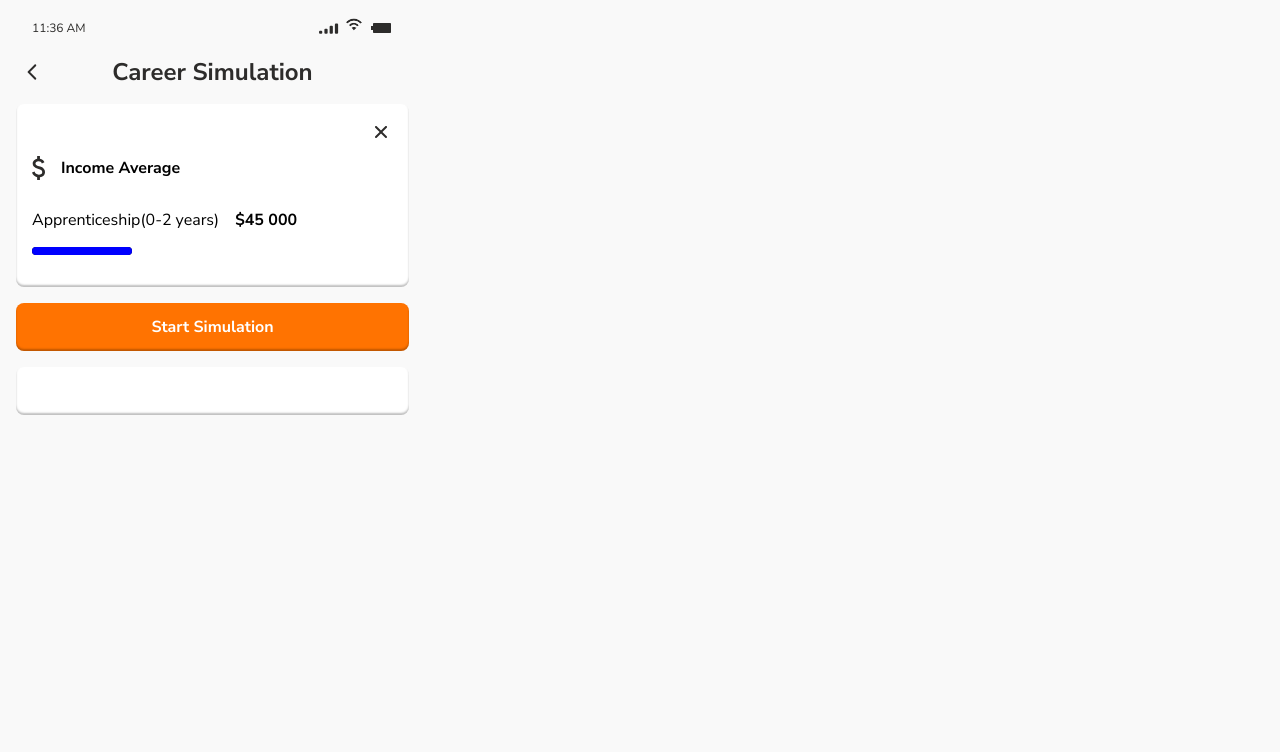
Repository: daniel-liu01/week10books
Page: /
The author's editor kept a copy of each file at every save. The page is drawn from the files as they stood at one save, then again after a run of saves.
The browser window is 1280 px wide. The pictures show the whole page.
The project was rebuilt for these pictures with package versions that can differ from the ones it lists, and the page was loaded fresh each time. Also part of the build but not shown: vite.config.js, vite.config.ts, src/App.css, components/Card/Card.module.css, app/SimulationChat/SimulationChat.module.css, components/PopUp/PopUp.jsx, components/NarrativeBox/NarrativeBox.module.css, components/NarrativeBox/NarrativeBox.jsx and 2 more.

Above is the page before, as saved 2025-10-22 12:18:46.

### index.html
<!DOCTYPE html>
<html lang="en">
    <head>
        <meta charset="UTF-8" />
        <link
            rel="icon"
            type="image/svg+xml"
            href="/vite.svg" />
        <meta
            name="viewport"
            content="width=device-width, initial-scale=1.0" />
        <title>frontend</title>
        <link
            rel="preconnect"
            href="https://fonts.googleapis.com" />
        <link
            rel="preconnect"
            href="https://fonts.gstatic.com"
            crossorigin />
        <link
            href="https://fonts.googleapis.com/css2?family=Nunito+Sans:ital,opsz,wght@0,6..12,200..1000;1,6..12,200..1000&display=swap"
            rel="stylesheet" />
    </head>
    <body>
        <div id="root"></div>
        <script
            type="module"
            src="/src/main.jsx"></script>
    </body>
</html>

### src/index.css
/* ------------------------------------------------------ GENERAL STYLES ------------------------------------------------------ */
*,
*::before,
*::after {
    box-sizing: inherit;
}

html,
body {
    font-family: var(--font-family);
    box-sizing: border-box;
    background-color: var(--offwhite-500);
}

body {
    width: 393px;
    min-height: 100vh;
    margin: 16px;
    display: flex;
    flex-direction: column;
    gap: var(--space-large);
}

html {
    display: flex;
    align-items: flex-start;
}

/* ------------------------------------------------------ VARIABLES ------------------------------------------------------ */
:root {
    /* ----- COLORS ----- */
    --primary-50: #fff1e6;
    --primary-100: #ffd4b0;
    --primary-200: #ffbf8a;
    --primary-300: #ffa155;
    --primary-400: #ff8f34;
    --primary-500: #ff7301;
    --primary-600: #e86901;
    --primary-700: #b55201;
    --primary-800: #8c3f01;
    --primary-900: #6b3000;

    --secondary-50: #eefae6;
    --secondary-100: #cbefb1;
    --secondary-200: #b2e88b;
    --secondary-300: #8fdd55;
    --secondary-400: #79d635;
    --secondary-500: #58cc02;
    --secondary-600: #50ba02;
    --secondary-700: #3e9101;
    --secondary-800: #307001;
    --secondary-900: #255601;

    /* -- neutral colors -- */

    --offwhite-500: #f9f9f9;
    --white: #ffffff;
    --black-50: #eaeaea;
    --black-100: #bebebd;
    --black-200: #9e9e9d;
    --black-300: #727271;
    --black-400: #575655;
    --black-500: #2d2c2b;

    /* ----- TYPE ----- */
    --font-family: "Nunito Sans", sans-serif;

    --font-size-extra-large: 88px;
    --font-size-large: 30px;
    --font-size-extra-medium: 24px;
    --font-size-medium: 20px;
    --font-size-regular: 16px;
    --font-size-small: 12px;
    --font-size-extra-small: 10px;

    --font-style-normal: normal;
    --font-weight-bold: bold;

    --line-height-xxlarge: 100px;
    --line-height-large: 36px;
    --line-height-medium: 28px;
    --line-height-small: 20px;

    /* ----- SPACING ----- */
    --space-extra-small: 4px;
    --space-small: 8px;
    --space-regular: 16px;
    --space-medium: 32px;
    --space-large: 48px;
    --space-extra-large: 140px;

    /* ----- Inner shadow ----- */
    --inner-shadow: 0 -2px 2px 0 rgba(0, 0, 0, 0.25);
}

### src/App.jsx
import { useState } from "react";
import { BrowserRouter as Router, Routes, Route } from "react-router-dom";
import "./App.css";

import Simulation from "../app/Simulation/Simulation";
import SimulationChat from "../app/SimulationChat/SimulationChat";
import TextField from "../components/TextField/TextField";
import Card from "../components/Card/Card";

function App() {
    return (
        <div>
            <TextField />
            <Simulation />
        </div>
    );
}

export default App;

### app/Simulation/Simulation.jsx
import styles from "./Simulation.module.css";
import StatusBar from "../../components/StatusBar/StatusBar";
import HeadingBar from "../../components/HeadingBar/HeadingBar";
import Card from "../../components/Card/Card";
import Button from "../../components/Button/Button";
import Menu from "../../components/Menu/Menu";
import InfoModal from "../../components/InfoModal/InfoModal";

function Simulation() {
    return (
        <div className={styles.container}>
            <StatusBar />
            <HeadingBar />
            <Card
                image='Anna.png'
                title='Hi, my name is Anna!'
                description={
                    <>
                        Let’s understand everything <br />
                        about careers in trades by simulating it.
                    </>
                }
            />
            <InfoModal
                imgsrc='/Anna.png'
                type='salary'
                title='Some title'
                description='some description goes here'
            />
            <Button
                type='primary'
                size='large'
                value='Start Simulation'
                onClick={() => console.log("clicked")}
                isDisabled={false}
            />
            <Menu />
        </div>
    );
}

export default Simulation;

### components/Card/Card.jsx
import styles from "./Card.module.css";
import Button from "../../components/Button/Button";

function Card({
    image,
    title,
    description,
    type,
    valueOfButton,
    typeOfButton,
    sizeOfButton,
}) {
    return (
        <>
            {type === "regular" && (
                <div className={styles.container}>
                    <div className={styles.content}>
                        <h3 className={styles.title}>{title}</h3>
                        <p className={styles.description}>{description}</p>
                    </div>
                    {image && (
                        <div className={styles.image_wrapper}>
                            <img
                                src={image}
                                alt={title}
                                className={styles.image}
                            />
                        </div>
                    )}
                </div>
            )}
            {type === "button" && (
                <div className={styles.container}>
                    <div className={styles.content}>
                        <h3 className={styles.title}>{title}</h3>
                        <p className={styles.description}>{description}</p>
                    </div>
                    {image && (
                        <div className={styles.image_wrapper}>
                            <img
                                src={image}
                                alt={title}
                                className={styles.image}
                            />
                        </div>
                    )}
                    <Button
                        type={typeOfButton}
                        size={sizeOfButton}
                        value={valueOfButton}
                        onClick={() => console.log("clicked")}
                        isDisabled={false}
                    />
                </div>
            )}
        </>
    );
}

export default Card;

### app/Simulation/Simulation.module.css
.container {
    display: flex;
    flex-direction: column;
    gap: var(--space-regular);
}

### components/StatusBar/StatusBar.jsx
import styles from "./StatusBar.module.css";
import Hour from "../Hour/Hour";

const StatusBar = () => {
    return (
        <div className={styles.container}>
            <Hour />
            <div className={styles.right}>
                <svg
                    className={styles.icon}
                    width='20'
                    height='11'
                    viewBox='0 0 20 11'
                    fill='none'
                    xmlns='http://www.w3.org/2000/svg'>
                    <rect
                        x='15.8765'
                        y='0.600098'
                        width='3.23284'
                        height='10.2222'
                        rx='1.02778'
                    />
                    <rect
                        x='10.6338'
                        y='2.64453'
                        width='3.23284'
                        height='8.17778'
                        rx='1.02778'
                    />
                    <rect
                        x='5.3916'
                        y='5.71094'
                        width='3.23284'
                        height='5.11111'
                        rx='1.02778'
                    />
                    <rect
                        x='0.0327148'
                        y='7.75537'
                        width='3.23284'
                        height='3.06667'
                        rx='1.02778'
                    />
                </svg>

                <svg
                    className={styles.icon}
                    width='22'
                    height='20'
                    viewBox='0 0 22 20'
                    fill='none'
                    xmlns='http://www.w3.org/2000/svg'>
                    <mask
                        id='path-1-inside-1_2157_1042'
                        fill='white'>
                        <path d='M15.9006 7.3897C15.3805 6.57002 14.6486 5.88977 13.7741 5.41333C12.8995 4.93689 11.9113 4.68001 10.9029 4.66702C9.89445 4.65403 8.89922 4.88535 8.01135 5.33908C7.12349 5.79281 6.37237 6.45396 5.82907 7.25994L7.69376 8.391C8.03417 7.88601 8.50479 7.47176 9.06109 7.18747C9.6174 6.90317 10.241 6.75824 10.8728 6.76638C11.5046 6.77452 12.1238 6.93547 12.6718 7.23399C13.2197 7.53251 13.6783 7.95873 14.0042 8.47231L15.9006 7.3897Z' />
                    </mask>
                    <path
                        d='M15.9006 7.3897C15.3805 6.57002 14.6486 5.88977 13.7741 5.41333C12.8995 4.93689 11.9113 4.68001 10.9029 4.66702C9.89445 4.65403 8.89922 4.88535 8.01135 5.33908C7.12349 5.79281 6.37237 6.45396 5.82907 7.25994L7.69376 8.391C8.03417 7.88601 8.50479 7.47176 9.06109 7.18747C9.6174 6.90317 10.241 6.75824 10.8728 6.76638C11.5046 6.77452 12.1238 6.93547 12.6718 7.23399C13.2197 7.53251 13.6783 7.95873 14.0042 8.47231L15.9006 7.3897Z'
                        strokeWidth='4.11111'
                        mask='url(#path-1-inside-1_2157_1042)'
                    />
                    <mask
                        id='path-2-inside-2_2157_1042'
                        fill='white'>
                        <path d='M19.0832 4.55309C18.1524 3.34672 16.9405 2.3605 15.542 1.67127C14.1435 0.982029 12.5961 0.608389 11.0204 0.579456C9.4447 0.550522 7.88323 0.867077 6.45765 1.50446C5.03207 2.14184 3.78086 3.08283 2.80152 4.25413L4.5268 5.55219C5.29548 4.63284 6.27755 3.89425 7.39649 3.39397C8.51543 2.8937 9.74102 2.64523 10.9778 2.66794C12.2145 2.69065 13.4291 2.98392 14.5268 3.5249C15.6245 4.06588 16.5757 4.83997 17.3063 5.78684L19.0832 4.55309Z' />
                    </mask>
                    <path
                        d='M19.0832 4.55309C18.1524 3.34672 16.9405 2.3605 15.542 1.67127C14.1435 0.982029 12.5961 0.608389 11.0204 0.579456C9.4447 0.550522 7.88323 0.867077 6.45765 1.50446C5.03207 2.14184 3.78086 3.08283 2.80152 4.25413L4.5268 5.55219C5.29548 4.63284 6.27755 3.89425 7.39649 3.39397C8.51543 2.8937 9.74102 2.64523 10.9778 2.66794C12.2145 2.69065 13.4291 2.98392 14.5268 3.5249C15.6245 4.06588 16.5757 4.83997 17.3063 5.78684L19.0832 4.55309Z'
                        strokeWidth='4.11111'
                        mask='url(#path-2-inside-2_2157_1042)'
                    />
                    <path d='M13.5162 9.77759L10.8222 12.3331L8.66699 9.77759L9.23963 9.50599C10.2507 9.02643 11.4136 8.97977 12.4599 9.37676L13.5162 9.77759Z' />
                </svg>

                <svg
                    className={styles.icon}
                    width='24'
                    height='24'
                    viewBox='0 0 24 24'
                    fill='none'
                    xmlns='http://www.w3.org/2000/svg'>
                    <path d='M5 17C4.71667 17 4.47917 16.9042 4.2875 16.7125C4.09583 16.5208 4 16.2833 4 16V14H2V10H4V8C4 7.71667 4.09583 7.47917 4.2875 7.2875C4.47917 7.09583 4.71667 7 5 7H21C21.2833 7 21.5208 7.09583 21.7125 7.2875C21.9042 7.47917 22 7.71667 22 8V16C22 16.2833 21.9042 16.5208 21.7125 16.7125C21.5208 16.9042 21.2833 17 21 17H5Z' />
                </svg>
            </div>
        </div>
    );
};

export default StatusBar;

### components/HeadingBar/HeadingBar.jsx
import styles from "./HeadingBar.module.css";
import ArrowBack from "../ArrowBack/ArrowBack";

function HeadingBar() {
    return (
        <div className={styles.heading_container}>
            <ArrowBack />
            <h1 className={styles.heading_pageTitle}>Career Simulation</h1>
            <div className={styles.heading_placeholder}></div>
        </div>
    );
}

export default HeadingBar;

### components/Button/Button.jsx
import styles from "./Button.module.css";

function Button({
    type = "primary",
    isDisabled = false,
    size = "default",
    value,
    onClick,
}) {
    let buttonClass = styles.button;

    if (type === "primary") buttonClass += ` ${styles.primary}`;
    if (type === "secondary") buttonClass += ` ${styles.secondary}`;
    if (type === "terciary") buttonClass += ` ${styles.terciary}`;
    if (type === "warning") buttonClass += ` ${styles.error}`;
    if (size === "small") buttonClass += ` ${styles.small}`;
    if (size === "large") buttonClass += ` ${styles.large}`;
    if (isDisabled) buttonClass += ` ${styles.disabled}`;

    return (
        <input
            type='button'
            className={buttonClass}
            value={value}
            onClick={onClick}
            disabled={isDisabled}
        />
    );
}

export default Button;

### components/Menu/Menu.jsx
import styles from "./Menu.module.css";

function Menu() {
    return <div className={styles.container}></div>;
}

export default Menu;

### components/StatusBar/StatusBar.module.css
.container {
    display: flex;
    flex-direction: row;
    align-items: center;
    justify-content: space-between;
    width: 393px;
    padding: 0 var(--space-regular);
    margin: 0;
}

.right {
    display: flex;
    align-items: center;
    gap: var(--space-extra-small);
}

.icon {
    fill: var(--black-500);
}

### components/Hour/Hour.jsx
"use client";
import { useEffect, useState } from "react";
import styles from "./Hour.module.css";

const Hour = () => {
    const [currentTime, setCurrentTime] = useState(new Date());

    useEffect(() => {
        const timer = setInterval(() => {
            setCurrentTime(new Date());
        }, 1000);

        return () => clearInterval(timer);
    }, []);

    const formattedTime = currentTime.toLocaleTimeString("en-US", {
        hour: "2-digit",
        minute: "2-digit",
        hour12: true,
    });

    return <div className={styles.hour}>{formattedTime}</div>;
};

export default Hour;

### components/HeadingBar/HeadingBar.module.css
.heading_container {
    width: 100%;
    display: flex;
    align-items: center;
    justify-content: space-between;
    gap: var(--space-small);
    margin: 0;
    padding: 0;
}

.heading_pageTitle {
    font-weight: var(--font-weight-bold);
    font-size: var(--font-size-extra-medium);
    margin: 0;
    line-height: 1;
    color: var(--black-500);
}

.heading_placeholder {
    width: var(--space-medium);
    height: var(--space-medium);
    visibility: hidden;
}

### components/ArrowBack/ArrowBack.jsx
import styles from "./ArrowBack.module.css";

function ArrowBack() {
    return (
        <div className={styles.arrow_container}>
            <svg
                className={styles.arrow_icon}
                xmlns='http://www.w3.org/2000/svg'
                width='16'
                height='16'
                viewBox='0 0 12 20'
                fill='none'>
                <path
                    d='M10.7071 19.2929C10.3166 19.6834 9.68342 19.6834 9.29289 19.2929L0.707106 10.7071C0.316582 10.3166 0.316583 9.68342 0.707107 9.29289L9.29289 0.707106C9.68342 0.316582 10.3166 0.316582 10.7071 0.707107L11.0679 1.06789C11.4584 1.45842 11.4584 2.09158 11.0679 2.48211L3.55 10L11.0679 17.5179C11.4584 17.9084 11.4584 18.5416 11.0679 18.9321L10.7071 19.2929Z'
                    fill='currentColor'
                />
            </svg>
        </div>
    );
}

export default ArrowBack;

### components/Button/Button.module.css
.button {
    display: block;
    width: 361px;
    height: var(--space-large);
    line-height: var(--line-height-large);
    text-align: center;

    font-family: var(--font-family);
    font-size: var(--font-size-regular);
    font-weight: var(--font-weight-bold);

    padding: 0 var(--space-regular);
    margin: 0;
    border-radius: var(--space-small);
    border: none;
    box-shadow: var(--inner-shadow) inset;
    cursor: pointer;
    transition: background-color 0.2s ease-in-out, color 0.2s ease-in-out;
}

.button:hover {
    background-color: var(--primary-700);
    color: var(--white);
}

.primary {
    background-color: var(--primary-500);
    color: var(--white);
}

.large {
    width: 100%;
    height: var(--space-large);
}

### components/Menu/Menu.module.css
.container {
    display: flex;
    width: 100%;
    height: var(--space-large);
    justify-content: center;
    align-items: center;
    gap: var(--space-medium);
    border-radius: var(--space-small);
    background: var(--white);
    box-shadow: var(--inner-shadow) inset;
}

### components/InfoModal/InfoModal.module.css
.container {
    display: flex;
    flex-direction: row;
    justify-content: space-between;
    align-items: center;
    border-radius: var(--space-small);
    background: var(--white);
    box-shadow: var(--inner-shadow) inset;
    padding: var(--space-regular);
}
.text {
    display: flex;
    flex-direction: column;
    padding: var(--space-regular);
}
.info_container {
    display: flex;
    flex-direction: row;
    padding: var(--space-regular);
}

.image {
    width: 82px;
    height: 80px;
}
.title {
    font-family: var(--font-family);
    font-size: var(--space-regular);
    font-weight: var(--font-weight-bold);
}
.description {
    font-family: var(--font-family);
    font-size: var(--space-regular);
}

.container_salary {
    display: flex;
    flex-direction: column;
    justify-content: space-between;

    border-radius: var(--space-small);
    background: var(--white);
    box-shadow: var(--inner-shadow) inset;
    padding: var(--space-regular);
}
.bar {
    background-color: black;
    height: var(--space-small);
    border-radius: var(--space-small);
    margin-bottom: var(--space-regular);
    transition: width 0.3s ease-in-out;
    width: 100px;
}
.bar_filled {
    background-color: blue;
    width: 100%;
    height: var(--space-small);
    border-radius: var(--space-small);
    margin-bottom: var(--space-regular);
    transition: width 0.3s ease-in-out;
}

.column {
    display: flex;
    flex-direction: column;
}
.row {
    display: flex;
    flex-direction: row;
}

.text_info_container {
    display: flex;
    flex-direction: row;
}
.title_container {
    display: flex;
    flex-direction: row;
    gap: var(--space-regular);
    align-items: center;
}

.salary_container {
    display: flex;
    flex-direction: row;
    gap: var(--space-regular);
    align-items: center;
}

.close {
    display: flex;
    align-self: flex-end;
}

.salary {
    font-family: var(--font-family);
    font-size: var(--space-regular);
    font-weight: var(--font-weight-bold);
    text-align: right;
}

### components/Hour/Hour.module.css
.hour {
    color: var(--black-500);
    font-family: var(--font-family);
    font-size: var(--font-size-small);
}

### components/ArrowBack/ArrowBack.module.css
.arrow_container {
    display: inline-flex;
    align-items: center;
    justify-content: center;
    background: none;
    border: none;
    cursor: pointer;
    padding: 0;
    width: var(--space-medium);
    height: var(--space-medium);
}

.arrow_icon {
    color: var(--black-500);
    width: var(--space-regular);
    height: var(--space-regular);
}

.arrow_container:hover .arrow_icon {
    color: var(--primary-500);
}

### components/TextField/TextField.jsx
import styles from "./TextField.module.css";

function TextField() {
    return;
    <div className='textfield'>
        <input
            type='text'
            placeholder='Write you message here:'></input>
    </div>;
}

export default TextField;

Loaded but not shown: src/main.jsx (common file); components/InfoModal/InfoModal.jsx (98 lines, source omitted)

After the next 2 saves:
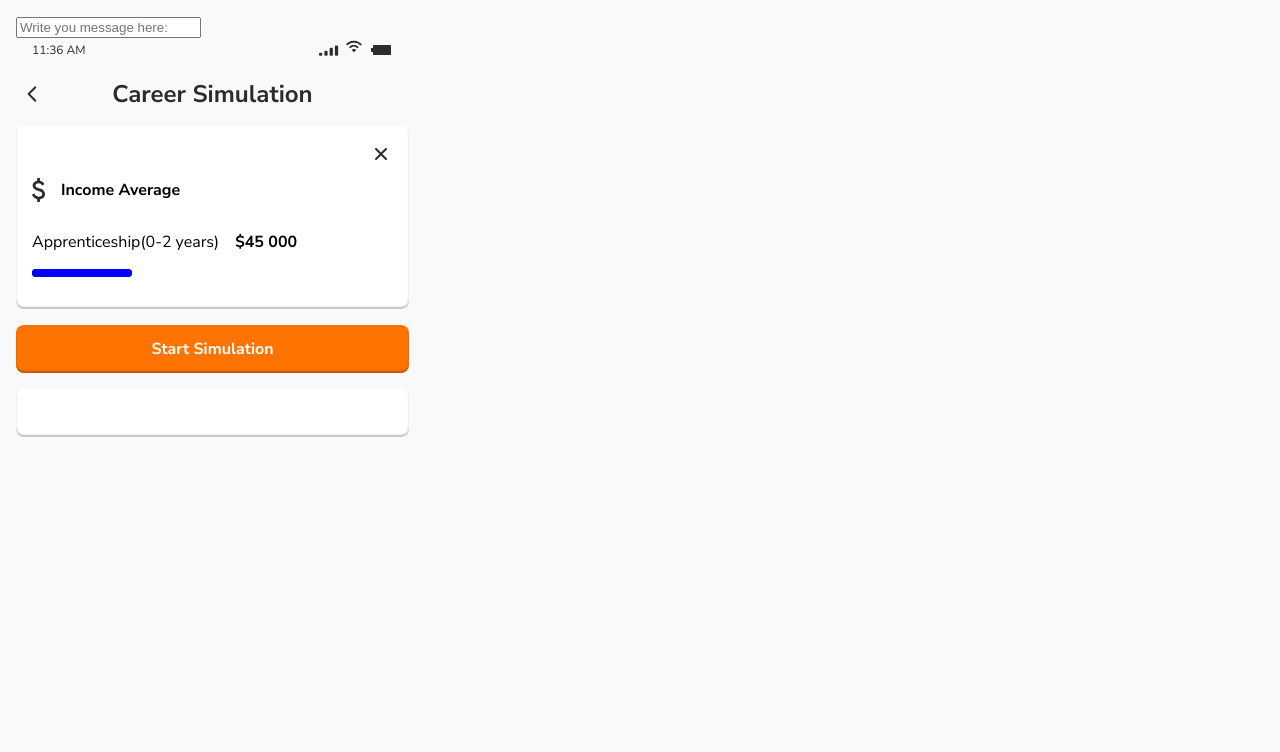
The 2 saves are shown as one change because 1 did not build or start.
The last was saved 32 s later.
--- a/components/TextField/TextField.jsx
+++ b/components/TextField/TextField.jsx
@@ -1,12 +1,13 @@
 import styles from "./TextField.module.css";
 
 function TextField() {
-    return;
-    <div className='textfield'>
-        <input
-            type='text'
-            placeholder='Write you message here:'></input>
-    </div>;
+    return (
+        <div className='textfield'>
+            <input
+                type='text'
+                placeholder='Write you message here:'></input>
+        </div>
+    );
 }
 
 export default TextField;
